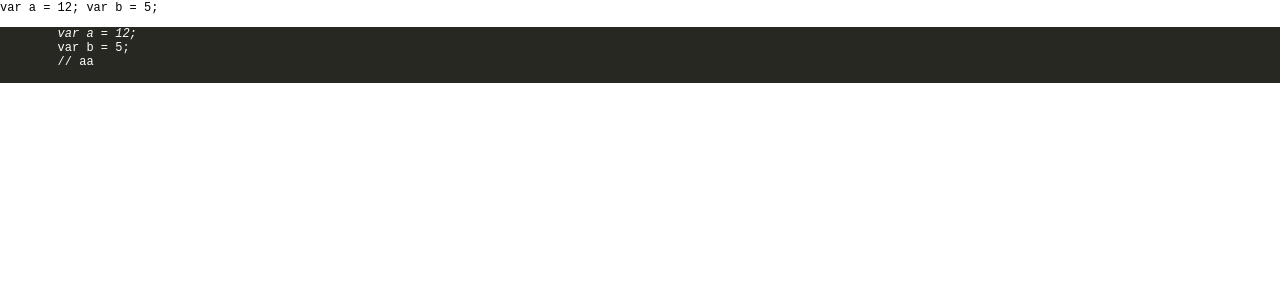
Repository: totianjie/totianjie.github.com
Page: pages/html.css/aa.html
An editor plug-in stored every save of this project. The page is shown before and after the next save, followed by the edit.
The browser window is 1280 px wide. The pictures show the whole page.

Above is the page before, as saved 2019-05-07 14:50:09.

### pages/html.css/aa.html
<!DOCTYPE html>
<html lang="en">
<head>
    <meta charset="UTF-8">
    <meta name="viewport" content="width=device-width, initial-scale=1.0">
    <meta http-equiv="X-UA-Compatible" content="ie=edge">
    <title>Document</title>
    <link rel="stylesheet" href="./../../styles/css/reset.css">
</head>
<body>
    <code>
        var a = 12;
        var b = 5;
    </code>
    <pre>
        <var>var a = 12;</var>
        var b = 5;
        // aa
    </pre>
</body>
</html>

### styles/css/reset.css
/*重置滑动条*/
::-webkit-scrollbar {
    width: 10px;
    height: 10px;
    border-radius: 10px;
    border: none;
}

::-webkit-scrollbar-button {
    display: none;
}

::-webkit-scrollbar-track {
    display: none;
}

::-webkit-scrollbar-track-piece {
    display: none;
}

::-webkit-scrollbar-thumb {
    border-radius: 10px;
    transition: all linear 300ms
}

::-webkit-scrollbar-thumb:hover {
    background-color: #5A606F;
    cursor: pointer
}

::-webkit-scrollbar-corner {
}

::-webkit-resizer {
    display: none
}

::-webkit-scrollbar-track {
    background-color: #F5F5F5
}

::-webkit-scrollbar-thumb {
    background-color: #999
}

html {
    width: 100%;
    height: 100%;
}

body {
    font-size: 12px;
    width: 100%;
    height: 100%;
    overflow: auto;
}

body {
    font-family: "Helvetica Neue", Helvetica, "PingFang SC", "Hiragino Sans GB", "Microsoft YaHei", "微软雅黑", Arial, sans-serif;
}

body, p, h1, h2, h3, h4, h5, h6, ul, ol, li, dl, dt, dd {
    margin: 0;
    padding: 0;
}

h1, h2, h3, h4, h5, h6 {
    font-weight: normal;
    font-size: 12px;
}

a {
    text-decoration: none;
    color: #000;
}

strong, b {
    font-weight: normal;
}

em, i {
    font-style: normal;
}

img {
    vertical-align: middle;
    border: none;
}

/*消除图片的下间距，消除图片在IE里面出现的边框*/
li {
    list-style: none;
}
pre {
    background: #272822;
    color: #fff;
}

After the next save:
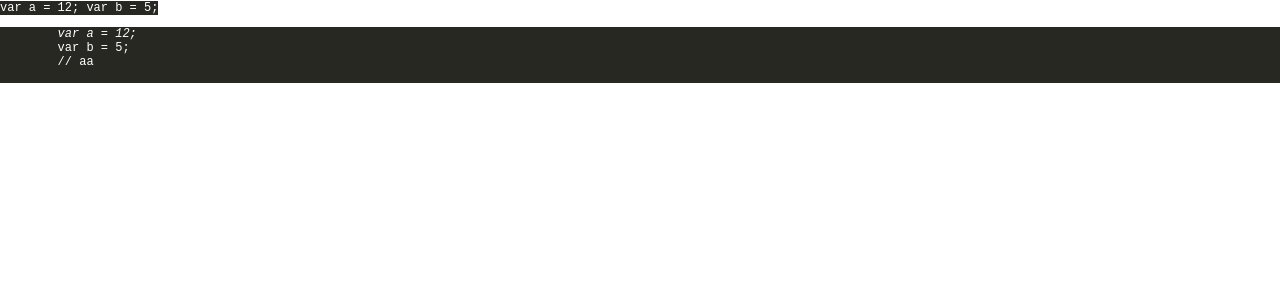
Saved 17 s later.
--- a/styles/css/reset.css
+++ b/styles/css/reset.css
@@ -91,7 +91,7 @@ img {
 li {
     list-style: none;
 }
-pre {
+pre, code {
     background: #272822;
     color: #fff;
 }
